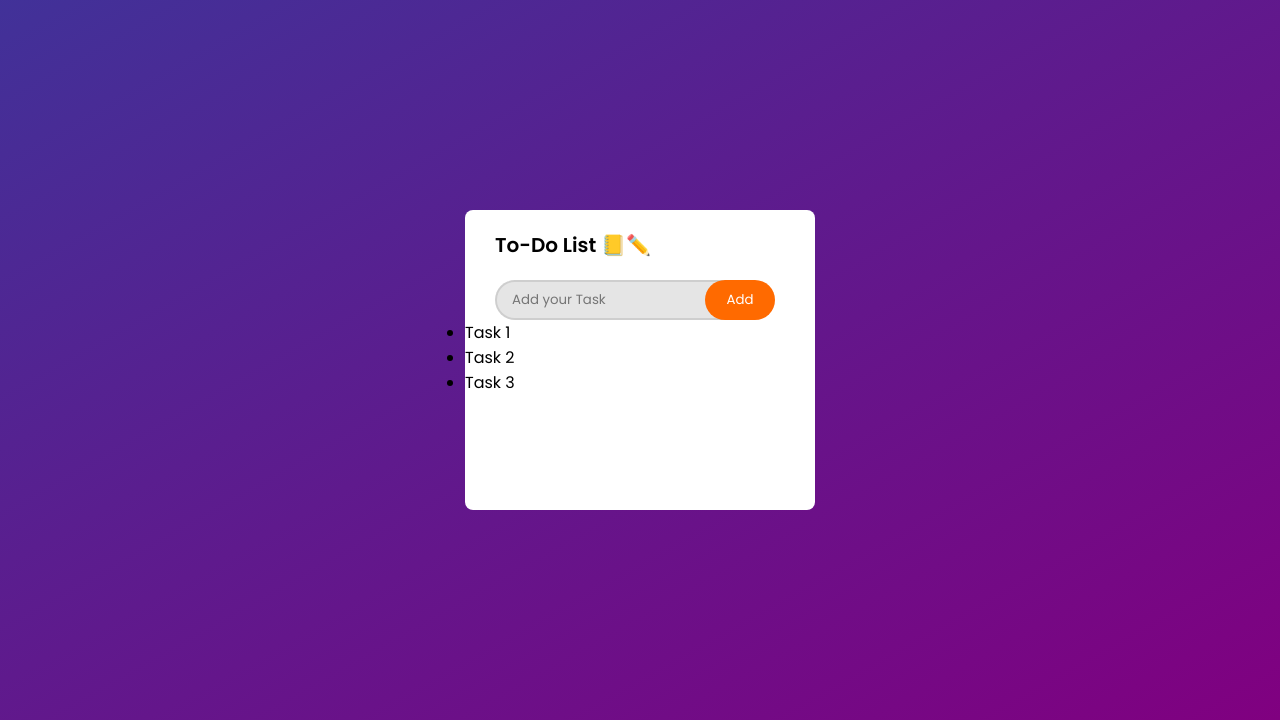
Repository: Ankitkr2021/To-Do-List
Page: index.html
The author's editor kept a copy of each file at every save. The page is drawn from the files as they stood at one save, then again after the next save.
The browser window is 1280 px wide. The pictures show the whole page.

Above is the page before, as saved 2025-10-03 10:15:55.

After the next save:
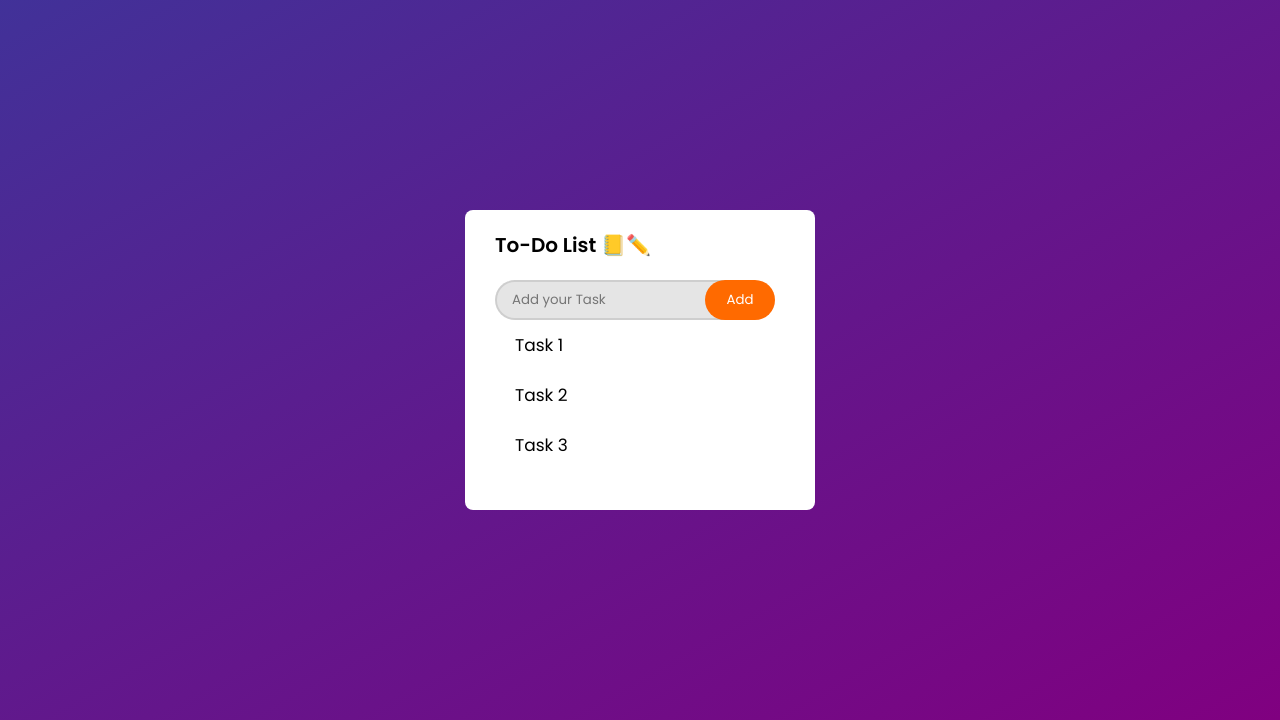
Saved 42 s later.
--- a/style.css
+++ b/style.css
@@ -55,3 +55,11 @@ body{
     color: #fff;
     border: none;
 }
+
+ul li {
+    list-style: none;
+    font-size: 17px;
+    padding: 12px 8px 12px 50px;
+    user-select: none;
+    cursor: pointer;
+}
